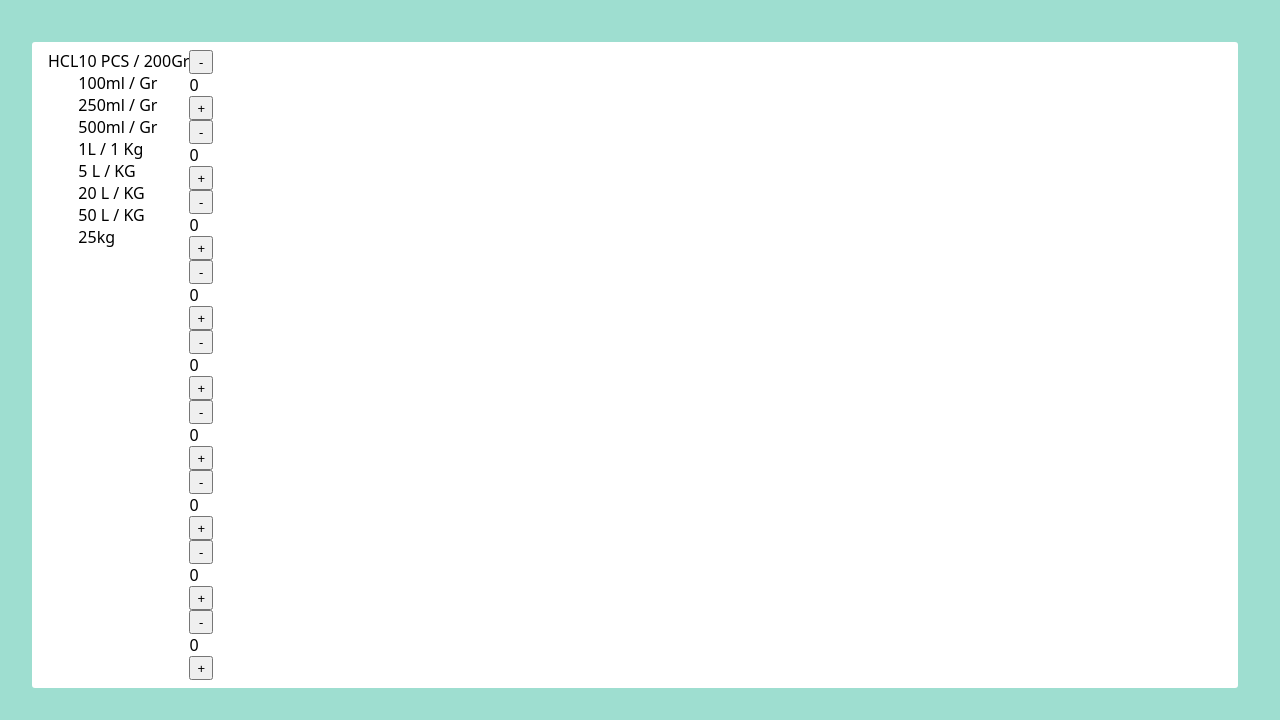
Repository: zuraniumlab-design/upstock-amsk
Page: /
The author's editor kept a copy of each file at every save. The page is drawn from the files as they stood at one save, then again after the next save.
The browser window is 1280 px wide. The pictures show the whole page.
An inner scrolling area shows only its first screen. The project was rebuilt for these pictures with package versions that can differ from the ones it lists, and the page was loaded fresh each time. Also part of the build but not shown: vite.config.js.

Above is the page before, as saved 2026-06-18 16:39:45.

After the next save:
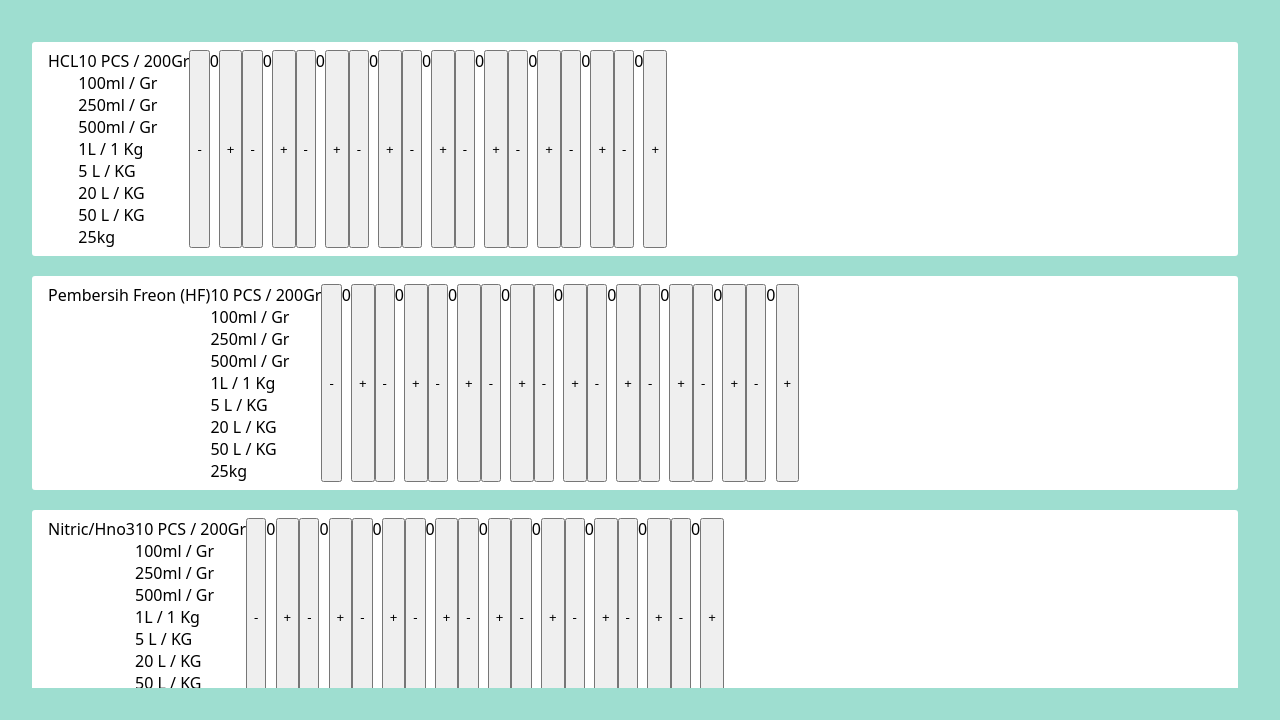
Saved 12 s later.
--- a/src/App.module.css
+++ b/src/App.module.css
@@ -37,6 +37,6 @@
   border-radius: 3px;
 }
 
-.display, .stock {
+.display {
   flex-direction: column;
 }

After the save that followed:
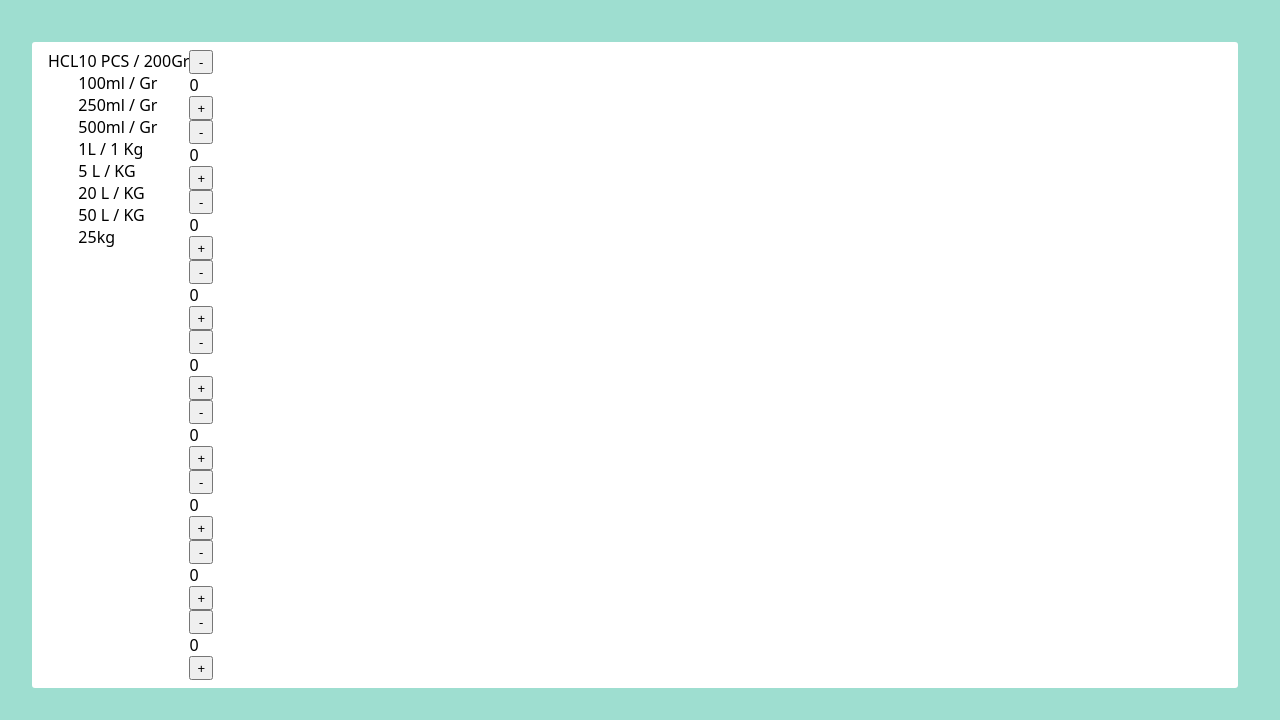
Saved 5 s later.
--- a/src/App.module.css
+++ b/src/App.module.css
@@ -37,6 +37,6 @@
   border-radius: 3px;
 }
 
-.display {
+.display, .stock {
   flex-direction: column;
 }
